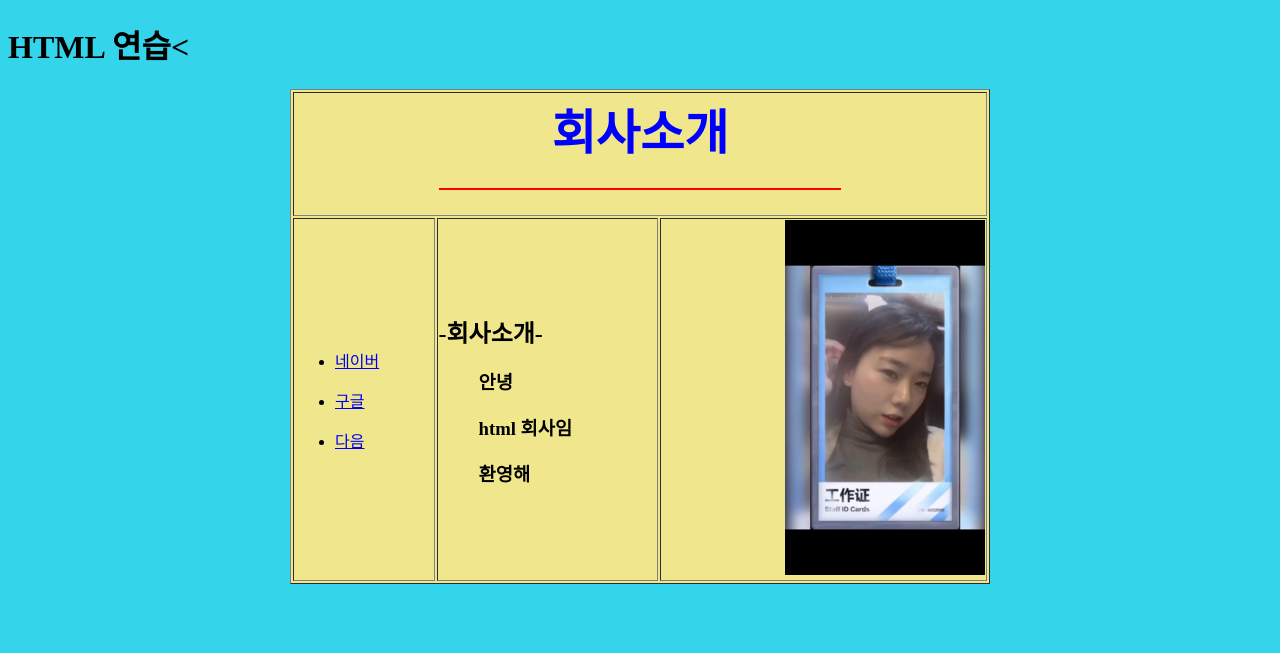
Repository: sika5382/jsp
Page: html/WebContent/NewFile2.html
These files come from the project's save history. The page is drawn as it stood at one moment and after the next save; the edit follows.
The browser window is 1280 px wide. The pictures show the whole page.

Above is the page before, as saved 2020-10-29 08:29:06.

After the next save:
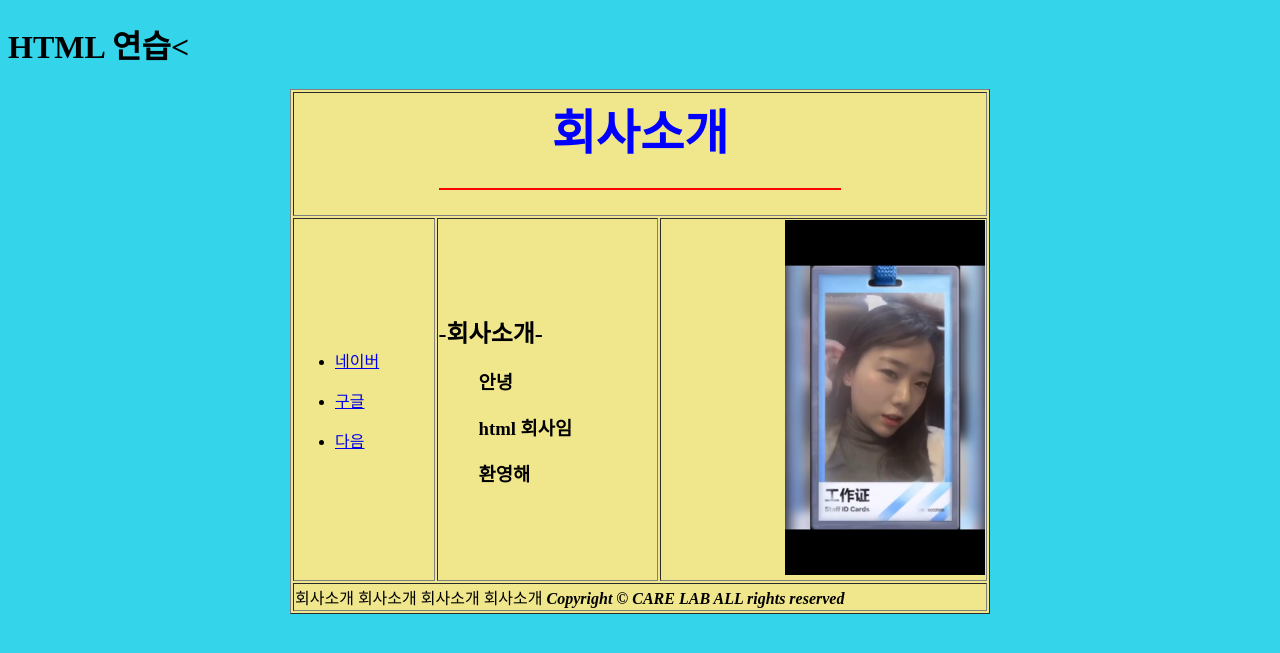
Saved 116 s later.
--- a/html/WebContent/NewFile2.html
+++ b/html/WebContent/NewFile2.html
@@ -52,7 +52,15 @@
 					</a>
 				</td>
 			</tr>
+			<tr>
+				<td colspan="3">
+					회사소개 회사소개 회사소개 회사소개
+					<b><i>
+					 Copyright &copy CARE LAB ALL rights reserved
+					</i></b>
+				</td>
 
+			</tr>
 
 
 	</table>
